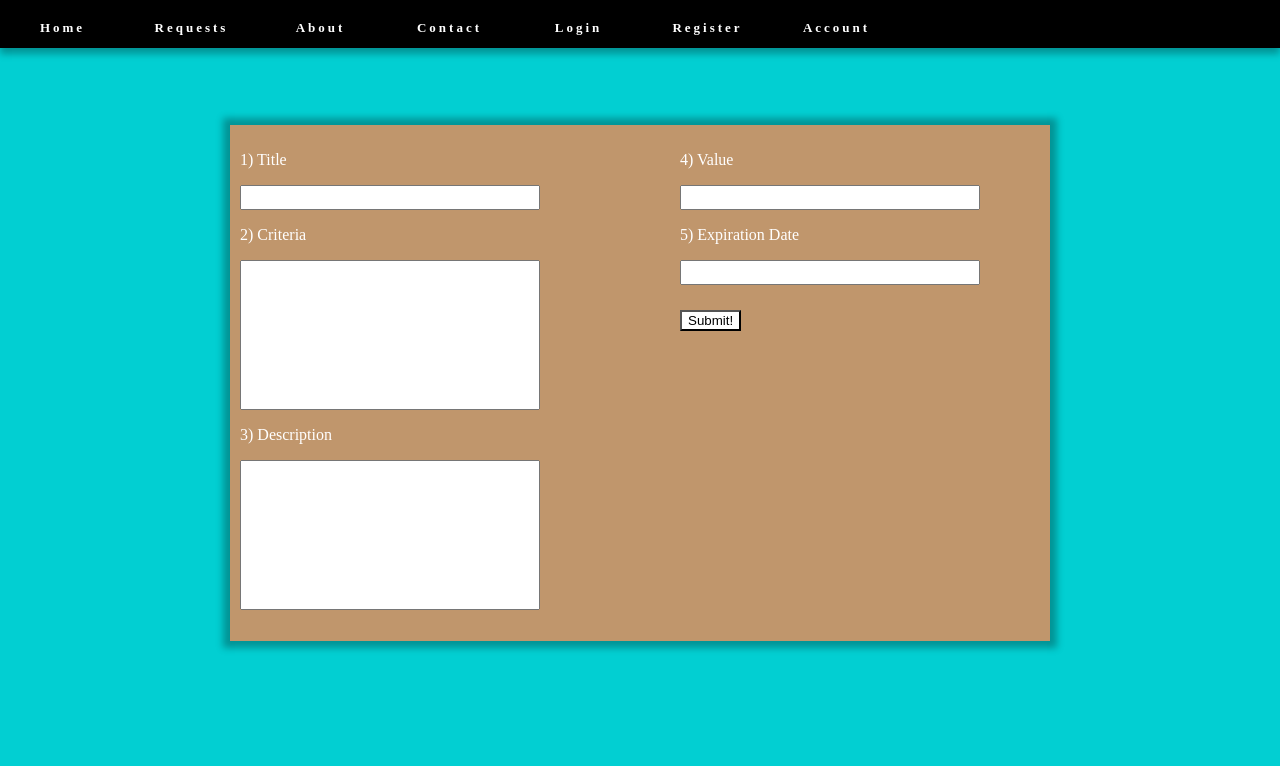
Repository: mailog/Tomorrow
Page: http://localhost/requests
These files come from the project's save history. The page is drawn as it stood at one moment and after the next save; the edit follows.
The browser window is 1280 px wide. The pictures show the whole page.
The page is this project's Thymeleaf template; nobody is signed in. The template is opened directly, without the code that normally fills it, so the values that code supplies are empty.

Above is the page before, as saved 2017-07-30 05:14:23.

### Tomorrow/src/main/resources/templates/requests.html
<html xmlns:th="http://www.thymeleaf.org">
<head>
<title>Requests</title>
<link rel="stylesheet" type="text/css" href="/css/toolbar.css" />
<link rel="stylesheet" type="text/css" href="/css/requests.css" />
<link rel="stylesheet" type="text/css" href="/css/label.css" />
</head>
<body>

<div class = "toolbar">
	<a href = "/">
		<button class = "tool_button"> Home </button>
	</a>
	<a href = "/requests">
		<button class = "tool_button"> Requests </button>
	</a>
	<a href = "/about">
		<button class = "tool_button"> About </button>
	</a>
	<a href = "/contact">
		<button class = "tool_button"> Contact </button>
	</a>
	<a href = "/login">
		<button class = "tool_button"> Login </button>
	</a>
	<a href = "/register">
		<button class = "tool_button"> Register </button>
	</a>
	<a href = "/account">
		<button class = "tool_button"> Account </button>
	</a>
</div>

<div id = "requests">
	<form class = "form-request" action = "#" th:action = "@{/requests}" th:object="${request}" method = "post">
		<div id = "column1">
			<div class = "label">
				<p>1) Title</p>
			</div>
			<input type = "text" class = "inp_title" th:field = "*{title}"/>
			<div class = "label">
				<p>2) Criteria</p>
			</div>
			<input type = "text" class = "inp_criteria" th:field = "*{criteria}"/>
			<div class = "label">
				<p>3) Description</p>
			</div>
			<input type = "text" class = "inp_description" th:field = "*{description}"/>
		</div>
		<div id = "column2">
			<div class = "label">
				<p>4) Value</p>
			</div>
			<input type = "text" class = "inp_value" th:field = "*{value}"/>
			<div class = "label">
				<p>5) Expiration Date </p>
			</div>
			<input type = "text" class = "inp_expiration" th:field = "*{expiration}"/>
			<button class = "submit_button" value = "Submit"> Submit! </button>
		</div>
	</form>
</div>
</body>
</html>

### Tomorrow/src/main/resources/static/css/toolbar.css
/*------------------STATIC------------------*/
/*------------------------------------------*/

/*-------------------BODY-------------------*/

	body{
		background-color: #02CFD2;
		color: white;
	}


/*------------------------------------------*/

/*---------------TOOLBAR--------------------*/
	.toolbar{
		width:100%;
		height: 48px;
		z-index: 1;
		opacity: 1;
		position: absolute;
		left: 0px;
		top: 0px;
		float: center;
		padding 0 0 0 0;
		margin-left:auto;
		margin-right:auto;
		background-color: black;
		-webkit-box-shadow: 0px 6px 7px 0px rgba(0,0,0,0.29);
		-moz-box-shadow: 0px 6px 7px 0px rgba(0,0,0,0.29);
		box-shadow: 0px 6px 7px 0px rgba(0,0,0,0.29);
	}

	.tool_button{
		height: 35px;
		width: 125px;
		display:inline;
		background-color: black;
		color:white;
		padding: 0px;
		font-family: Browalia-New;
		font-size: 13px;
		font-weight:bold;
		letter-spacing: 3px;
		border:none;
		cursor: pointer;
		margin-top: 10px;
		margin-bottom: 6px;
		margin-right: 0px;
		margin-left: 0px;
		border-bottom-style: none;
		text-decoration:none;
	}

	.tool_button:hover{
		text-decoration:none;
		border-bottom-style: solid;
		border-bottom-width:3px;
		border-bottom-color:#FFFFFF;
	}

	.toolbar a{
		text-decoration:none;
	}

/*------------------------------------------*/

/*-----------------BUTTONS------------------*/
	.introbtn{}

	.tutorialbtn{
	}

	.registerbtn{
	}

/*------------------------------------------*/

/*------------------INFO--------------------*/

/*------------------------------------------*/

### Tomorrow/src/main/resources/static/css/requests.css
#requests
{
	background-color:#C0966C;
	position: relative;
	margin: 125px auto;
	color:white;
	height:496px;
	width: 800px;
	padding: 10px;
	-webkit-box-shadow: 0px 0px 7px 7px rgba(0,0,0,0.29);
	-moz-box-shadow: 0px 0px 7px 7px rgba(0,0,0,0.29);
	box-shadow: 0px 0px 7px 7px rgba(0,0,0,0.29);
}

#column1
{
	height:100%;
	width:45%;
	float:left;
}
#column2
{
	height:100%;
	width:45%;
	float:right;
}

#requests p
{
	display:inline-block;
}

.inp_title
{
	display:block;
	width: 300px;
	height:25px;
}

.inp_criteria
{
	display:block;
	width: 300px;
	height: 150px;
}

.inp_description
{
	display:block;
	width: 300px;
	height: 150px;
}

.inp_value
{
	display:block;
	width:300px;
	height: 25px;
}

.inp_expiration
{
	display:block;
	width:300px;
	height:25px;
}

.submit_button
{
	margin-top: 25px;
	display:block;
	background-color:white;
	color: black;
	cursor:pointer;
	text-decoration:none;
}

### Tomorrow/src/main/resources/static/css/label.css
#about
{
	margin-left:auto;
	margin-right:auto;
	background-color:#C0966C;
	position: relative;
	margin: 125px auto;
	color:white;
	height:496px;
	width: 800px;
	padding: 10px;
	-webkit-box-shadow: 0px 0px 7px 7px rgba(0,0,0,0.29);
	-moz-box-shadow: 0px 0px 7px 7px rgba(0,0,0,0.29);
	box-shadow: 0px 0px 7px 7px rgba(0,0,0,0.29);
}

After the next save:
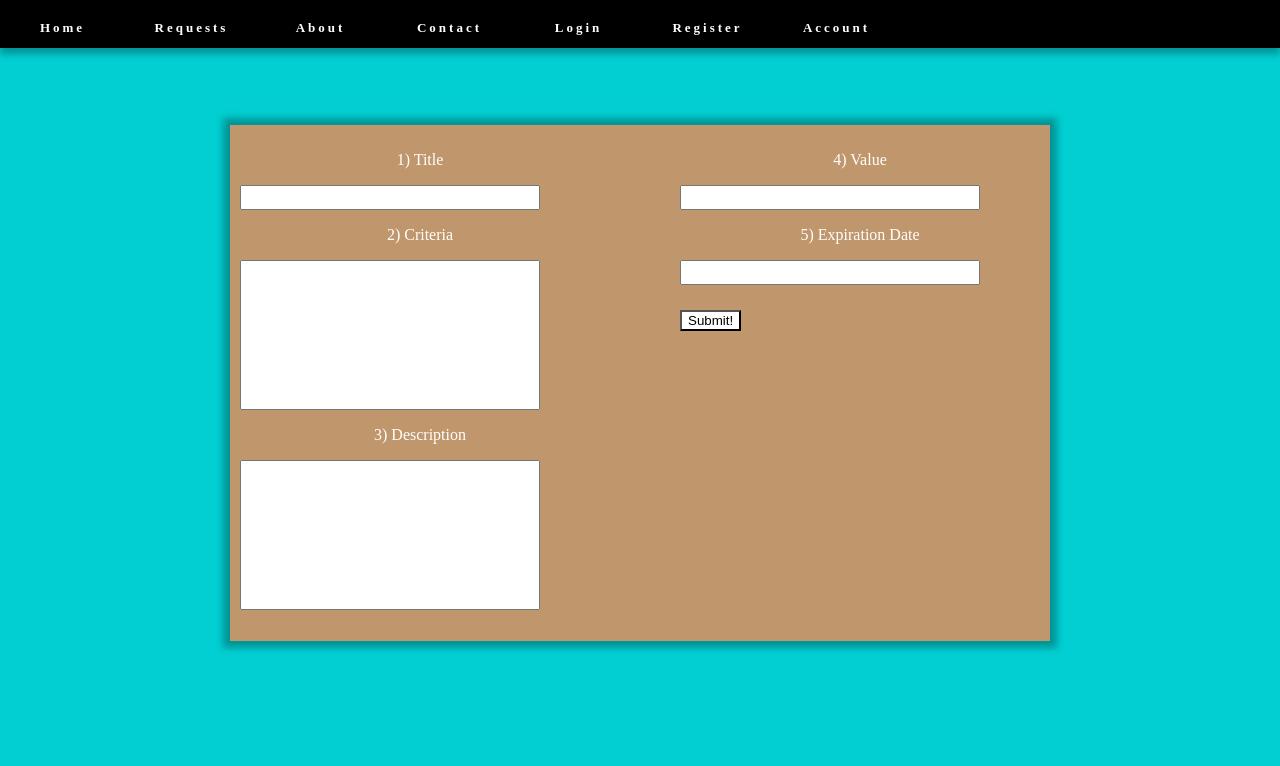
Saved 4 s later.
--- a/Tomorrow/src/main/resources/static/css/requests.css
+++ b/Tomorrow/src/main/resources/static/css/requests.css
@@ -1,5 +1,8 @@
 #requests
 {
+	text-align:center;
+	margin-left:auto;
+	margin-right:auto;
 	background-color:#C0966C;
 	position: relative;
 	margin: 125px auto;
